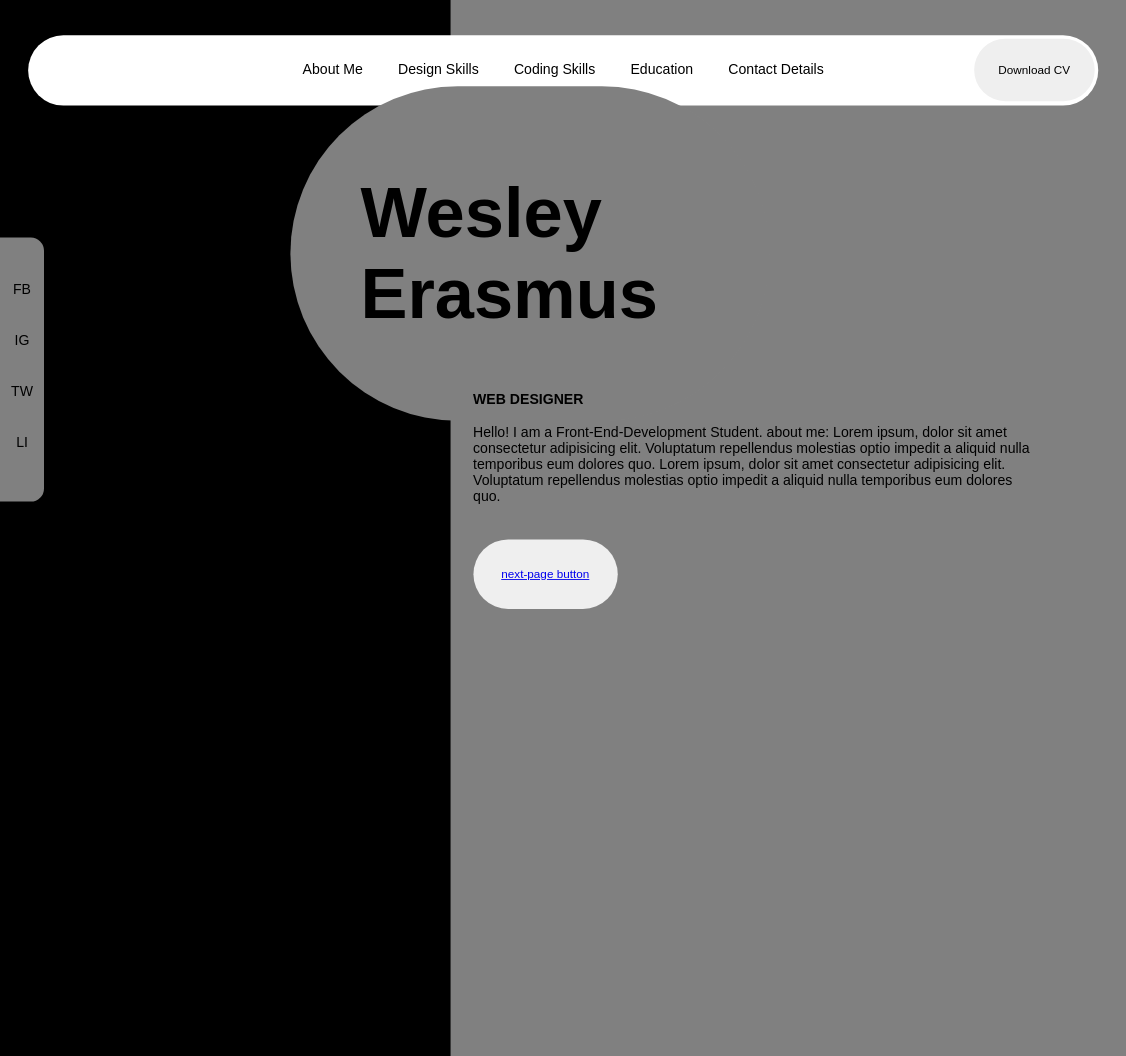
Repository: WesleyErasmus/MyDigitalResume-4
Page: index.html
The author's editor kept a copy of each file at every save. The page is drawn from the files as they stood at one save, then again after the next save.
The browser window is 1280 px wide. The pictures show the whole page, at 88% of full size.

Above is the page before, as saved 2022-02-19 21:50:16.

### index.html
<!DOCTYPE html>
<html lang="en">
<head>
    <meta charset="UTF-8">
    <meta http-equiv="X-UA-Compatible" content="IE=edge">
    <meta name="viewport" content="width=device-width, initial-scale=1.0">
    <title>Wesley Erasmus Digital Resume 4 Project</title>
    <link rel="stylesheet" href="stylesheet.css">
</head>
<body>
    <!-- Landing page -->
    <header class="nav-menu-top">
        <ul class="top-nav-menu-buttons">
            <li>About Me</li>
            <li>Design Skills</li>
            <li>Coding Skills</li>
            <li>Education</li>
            <li>Contact Details</li>
        </ul>
        <button id="download-cv">Download CV</button>
        <!-- Name / download CV / etc -->
    </header>

    <aside class="self-portrait">
        <!-- creative image of myself -->
        <p>aside with large portrait image of myself</p>
    </aside>
    <nav class="social-media-links">
        <ul class="social-media-links">
            <li>FB</li>
            <li>IG</li>
            <li>TW</li>
            <li>LI</li>
        </ul>
        <!-- side social media icons (float left / column direction) -->
    </nav>
        <h1 class="name">
            <span class="name">
                Wesley
                <br>
                Erasmus
            </span>
        </h1>
        <!-- main bio; FED student / link to 2nd html page with CV content -->
     <article>
         <h4 ID="title">WEB DESIGNER</h4>
        <div class="about-me">
            <p>Hello! I am a Front-End-Development Student. about me: Lorem ipsum, dolor sit amet consectetur adipisicing elit. Voluptatum repellendus molestias optio impedit a aliquid nulla temporibus eum dolores quo. Lorem ipsum, dolor sit amet consectetur adipisicing elit. Voluptatum repellendus molestias optio impedit a aliquid nulla temporibus eum dolores quo.</p>
        </div>
        <button class="next-page">
            <a href="/about.html" target="">next-page button</a>
        </button>
    </article>


</body>
</html>

### stylesheet.css

* {
    font-family: Arial, Helvetica, sans-serif;
    margin: 0;
    padding: 0;
}
body {
    background-color: grey;
    overflow:hidden;
}
header.nav-menu-top {
    position: relative;
    /* Positions explained in below link: https://developer.mozilla.org/en-US/docs/Web/CSS/position */
    text-align: center;
    margin: 0 auto;
    /* Margin: 0 auto can be used to center an object horizontally  */
    width: 95%;
    height: 80px;
    border-radius: 50px;
    margin-top: 40px;
    background-color: #fff;
}
ul.top-nav-menu-buttons{
    display: flex;
    justify-content: center;
    padding: 30px;
}
.top-nav-menu-buttons li {
    margin: 0 20px 0 20px;
    list-style-type: none;
    text-align: center;
}
button#download-cv {
    position: relative;
    float: right;
    top: -74px;
    right: 4px;
    padding: 28px;
    border-radius: 50px;
    border: NONE;
}
aside.self-portrait {
    z-index: -1;
    /* z-index explained in below link:
     https://developer.mozilla.org/en-US/docs/Web/CSS/z-index */
    background-color: black;
    position: absolute;
    top: 0;
    left: 0;
    height: 1200px;
    width: 40%;
}
nav.social-media-links {
    position: relative;
    height: 300px;
    width: 50px;
    float: left;
    top: 150px;
    left: 0px;
    background-color: grey;
    border-radius: 0 15px 15px 0;
}
ul.social-media-links{
    padding: 50px 5px 5px 5px;
    text-align: center;
    display: flex;
    flex-direction: column;

}
.social-media-links li{
    margin-bottom: 40px;
}
h1.name {
    background-color: grey;
    margin: 0 auto;
    width: 30vw;
    height: 300px;
    margin: 0;
    position: absolute;
    top: 40%;
    left: 47vw;
    transform: translate(-50%, -50%);
    /* Used to centre my .name container. Explained in below link: https://css-tricks.com/centering-percentage-widthheight-elements/ */
    padding: 40px 80px 40px 80px;
    font-size: 80px;
    border-radius: 200px;
}
span {
    position: absolute;
    top: 50%;
    transform: translate(-0%, -50%);
}
article {
    width: 50%;
    left: 41%;
    position: absolute;
    height: 500px;
    top: 60vh;
    padding: 1%;
}
h4#title {
    margin-bottom: 20px;
}
button.next-page {
    margin-top: 40px;
    padding: 2rem;
    border-radius: 50px;
    border: none;
}

After the next save:
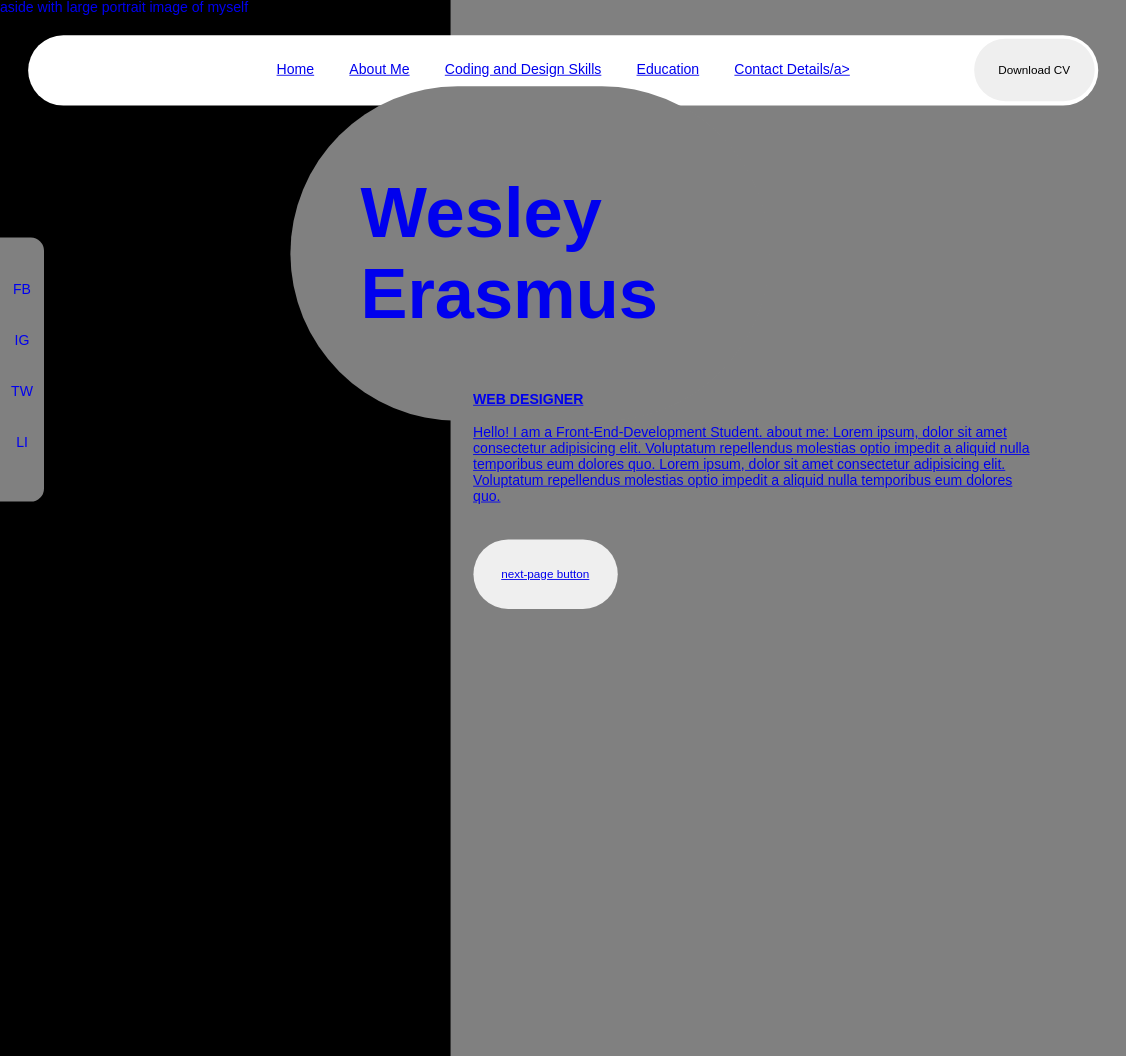
Saved 10 s later.
--- a/index.html
+++ b/index.html
@@ -11,11 +11,11 @@
     <!-- Landing page -->
     <header class="nav-menu-top">
         <ul class="top-nav-menu-buttons">
-            <li>About Me</li>
-            <li>Design Skills</li>
-            <li>Coding Skills</li>
-            <li>Education</li>
-            <li>Contact Details</li>
+            <li><a href="/index.html" target="">Home</a></li>
+                <li><a href="/about.html" target="">About Me</a></li>
+                <li><a href="/codingSkills.html" target="">Coding and Design Skills</a></li>
+                <li><a href="/education.html" target="">Education</a></li>
+                <li><a href="/contact.html" target="">Contact Details/a></li>
         </ul>
         <button id="download-cv">Download CV</button>
         <!-- Name / download CV / etc -->
